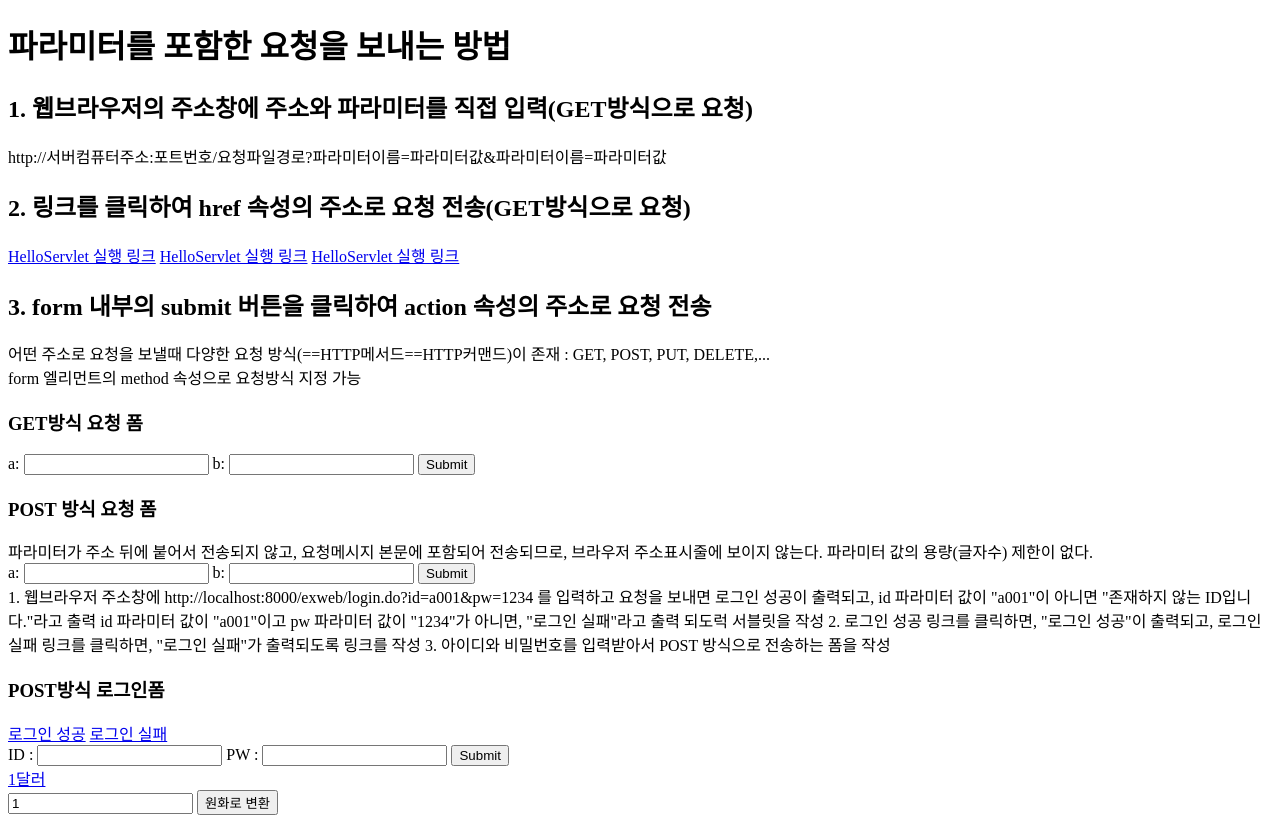
Repository: gywjd848/jeongblog
Page: workspace/exweb/WebContent/param.html
These files come from the project's save history. The page is drawn as it stood at one moment and after the next save; the edit follows.
The browser window is 1280 px wide. The pictures show the whole page.

Above is the page before, as saved 2020-05-15 07:45:44.

After the next save:
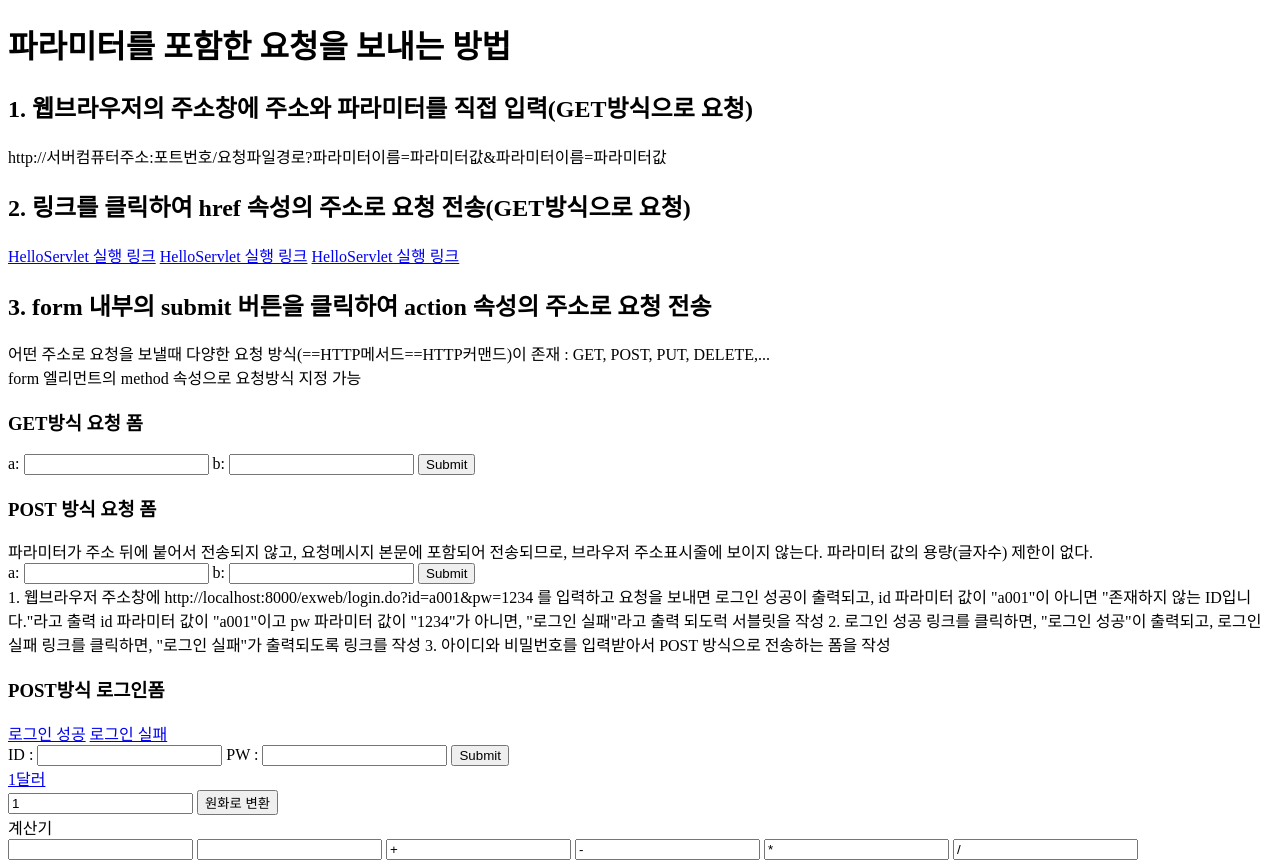
Saved 3 min 44 s later.
--- a/workspace/exweb/WebContent/param.html
+++ b/workspace/exweb/WebContent/param.html
@@ -63,5 +63,20 @@
 		<input type="text" name="dollar" value="1" />
 		<input type="submit" value="원화로 변환"/>
 	</form>
+	<div>
+	계산기
+	</div>
+	<form action="/exweb/cal.do" method="post">
+		<input type="text" name="x"/>
+		<input type="text" name="y"/>
+		<element>
+			<input type="select" value="+" />
+			<input type="select" value="-" />
+			<input type="select" value="*" />
+			<input type="select" value="/" />
+		</element>
+
+
+	</form>
 	</body>
 </html>
